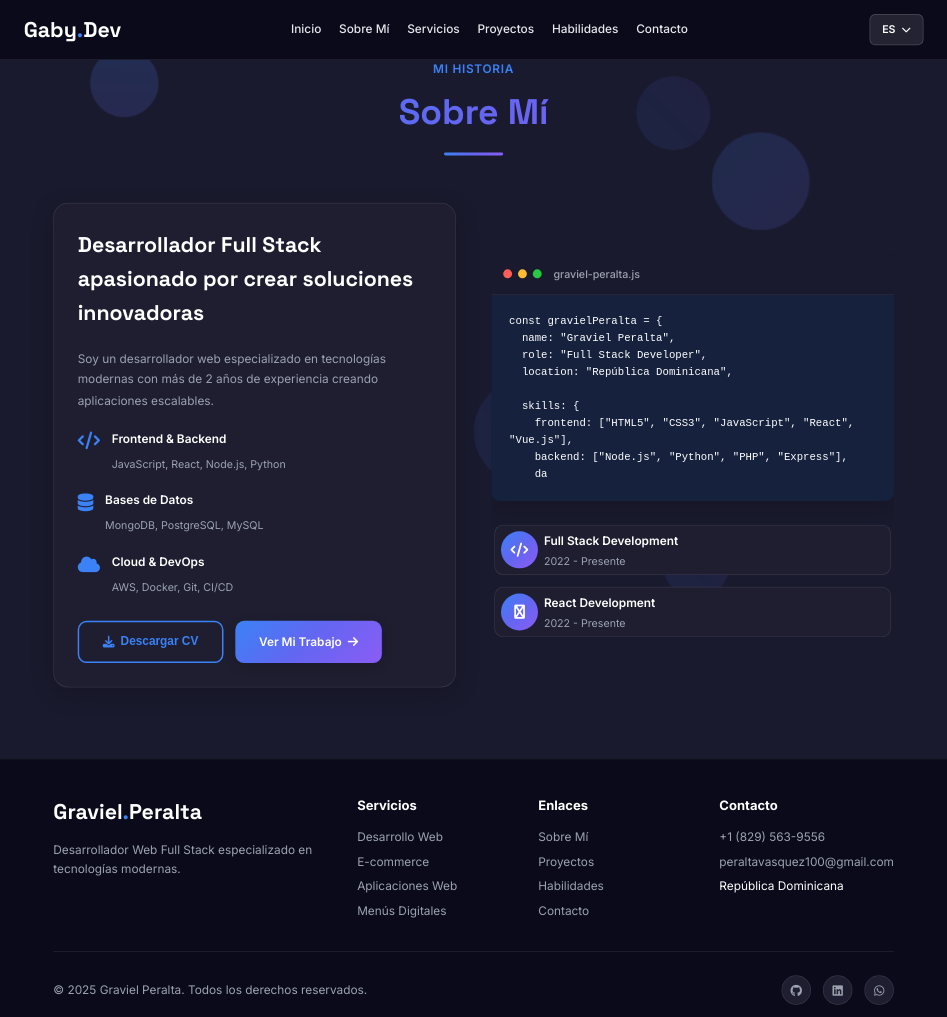
Repository: GravielPV/Portafolio--GabyDev
Page: about.html
The author's editor kept a copy of each file at every save. The page is drawn from the files as they stood at one save, then again after the next save.
The browser window is 1280 px wide. The pictures show the whole page, at 74% of full size.

Above is the page before, as saved 2025-10-04 22:36:30.

After the next save:
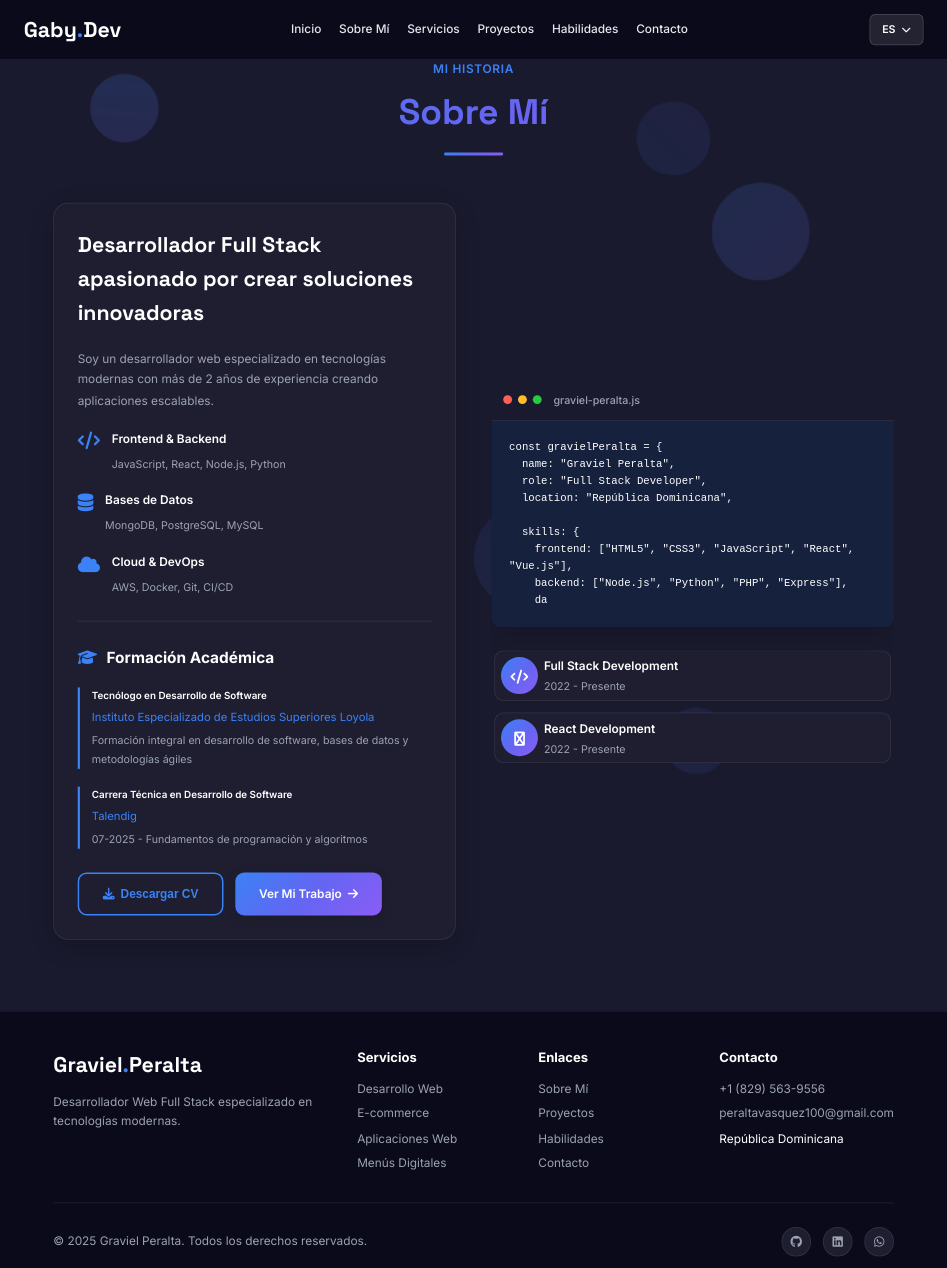
Saved 3 min 52 s later.
--- a/about.html
+++ b/about.html
@@ -157,6 +157,25 @@
                             </div>
                         </div>
 
+                        <div class="education-section" style="margin-top: 2rem; padding-top: 2rem; border-top: 1px solid rgba(255, 255, 255, 0.1);">
+                            <h4 style="color: var(--text-primary); margin-bottom: 1.5rem; font-size: 1.3rem; font-weight: 700;">
+                                <i class="fas fa-graduation-cap" style="color: var(--primary-color); margin-right: 0.5rem;"></i>
+                                Formación Académica
+                            </h4>
+                            <div class="education-list">
+                                <div class="education-item" style="margin-bottom: 1.5rem; padding-left: 1rem; border-left: 3px solid var(--primary-color);">
+                                    <h5 style="color: var(--text-primary); font-weight: 600; margin-bottom: 0.3rem;">Tecnólogo en Desarrollo de Software</h5>
+                                    <p style="color: var(--primary-color); font-size: 0.95rem; margin-bottom: 0.3rem;">Instituto Especializado de Estudios Superiores Loyola</p>
+                                    <p style="color: var(--text-muted); font-size: 0.9rem; margin: 0;">Formación integral en desarrollo de software, bases de datos y metodologías ágiles</p>
+                                </div>
+                                <div class="education-item" style="margin-bottom: 1rem; padding-left: 1rem; border-left: 3px solid var(--primary-color);">
+                                    <h5 style="color: var(--text-primary); font-weight: 600; margin-bottom: 0.3rem;">Carrera Técnica en Desarrollo de Software</h5>
+                                    <p style="color: var(--primary-color); font-size: 0.95rem; margin-bottom: 0.3rem;">Talendig</p>
+                                    <p style="color: var(--text-muted); font-size: 0.9rem; margin: 0;">07-2025 - Fundamentos de programación y algoritmos</p>
+                                </div>
+                            </div>
+                        </div>
+
                         <div class="about-buttons">
                             <button onclick="downloadCV()" class="btn btn-outline">
                                 <i class="fas fa-download"></i>
